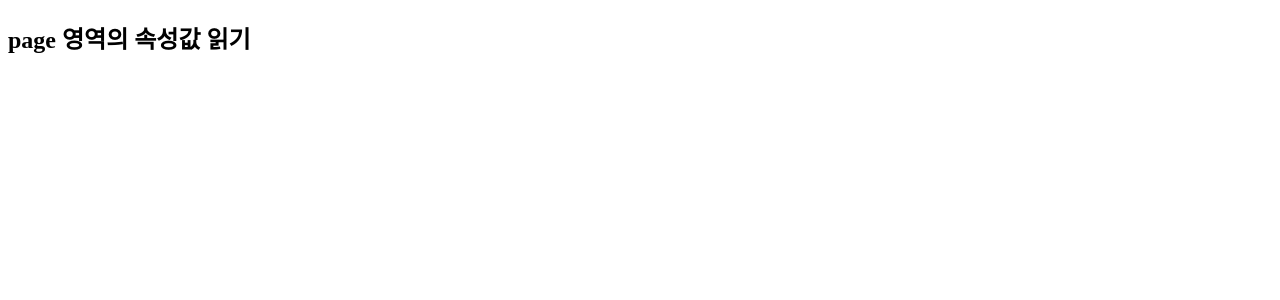
Repository: ahwaboin3/eclipse-workspace-jsp
Page: http://localhost/MustHaveJSP/PageContextMain.jsp
An editor plug-in stored every save of this project. The page is shown before and after the next save, followed by the edit.
The browser window is 1280 px wide. The pictures show the whole page.
The page is served by Tomcat 10. Other server files are loaded and not shown.

Above is the page before, as saved 2025-05-21 05:40:08.

### MustHaveJSP/src/main/webapp/PageContextMain.jsp
<%@ page import="common.Person" %>
<%@ page language="java" contentType="text/html; charset=UTF-8"
    pageEncoding="UTF-8"%>
<!-- page 영역-->
<%
	pageContext.setAttribute(
			"pagePerson", new Person("한석봉",99));

%>
<!DOCTYPE html>
<html>
<head>
<meta charset="UTF-8">
<title>PageContextMain</title>
</head>
<body>
	<h2>page 영역의 속성값 읽기</h2>
	<%
		Person p=
		(Person)(pageContext.getAttribute("pagePerson"));
	%>
</body>
</html>

### MustHaveJSP/src/main/java/common/Person.java
package common;

public class Person {
	private String name;
	private int age;

	public Person() {
		super();
	}
	public Person(String name, int age) {
		super();
		this.name = name;
		this.age = age;
	}

	public String getName() {
		return name;
	}
	public void setName(String name) {
		this.name = name;
	}
	public int getAge() {
		return age;
	}
	public void setAge(int age) {
		this.age = age;
	}
	@Override
	public String toString() {
		return "Person [name=" + name + ", age=" + age + "]";
	}

}

After the next save:
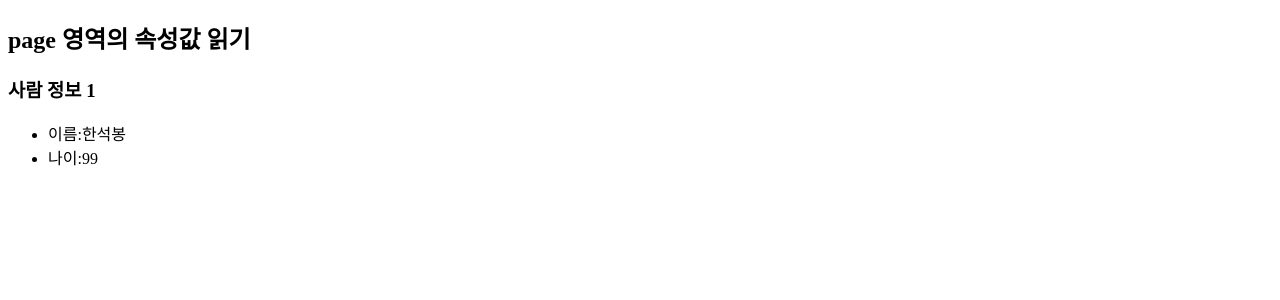
Saved 17 min 5 s later.
--- a/MustHaveJSP/src/main/webapp/PageContextMain.jsp
+++ b/MustHaveJSP/src/main/webapp/PageContextMain.jsp
@@ -19,5 +19,10 @@
 		Person p=
 		(Person)(pageContext.getAttribute("pagePerson"));
 	%>
+	<h3>사람 정보 1</h3>
+	<ul>
+		<li>이름:<%=p.getName()%></li>
+		<li>나이:<%=p.getAge()%></li>
+	</ul>
 </body>
 </html>
